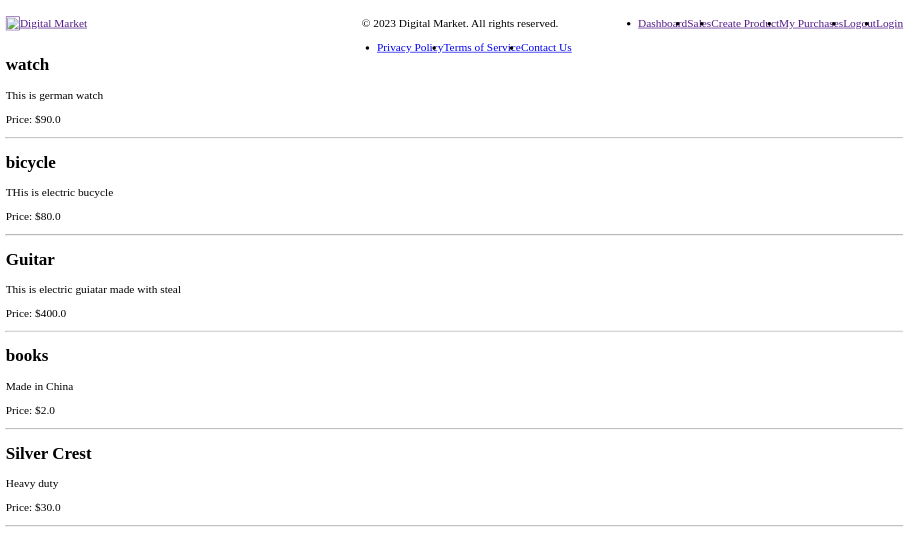
Repository: Zedestar/DigitalMarket_django
Page: http://localhost/
These files come from the project's save history. The page is drawn as it stood at one moment and after the next save; the edit follows.
The browser window is 1280 px wide. The page is 1288 px wide, so the pictures cover 1288 px, including what lies to the right of the window. The pictures show the whole page, at 71% of full size.
Pictures or frames that could not be fetched are drawn as grey boxes. The page is served by the project's application, run on Django 5.2 (manage.py). Style sheets and scripts are compiled from the project's sources, by tool versions that may differ from the author's. The page reads the database file committed with the project.

Above is the page before, as saved 2025-03-19 17:56:27.

After the next save:
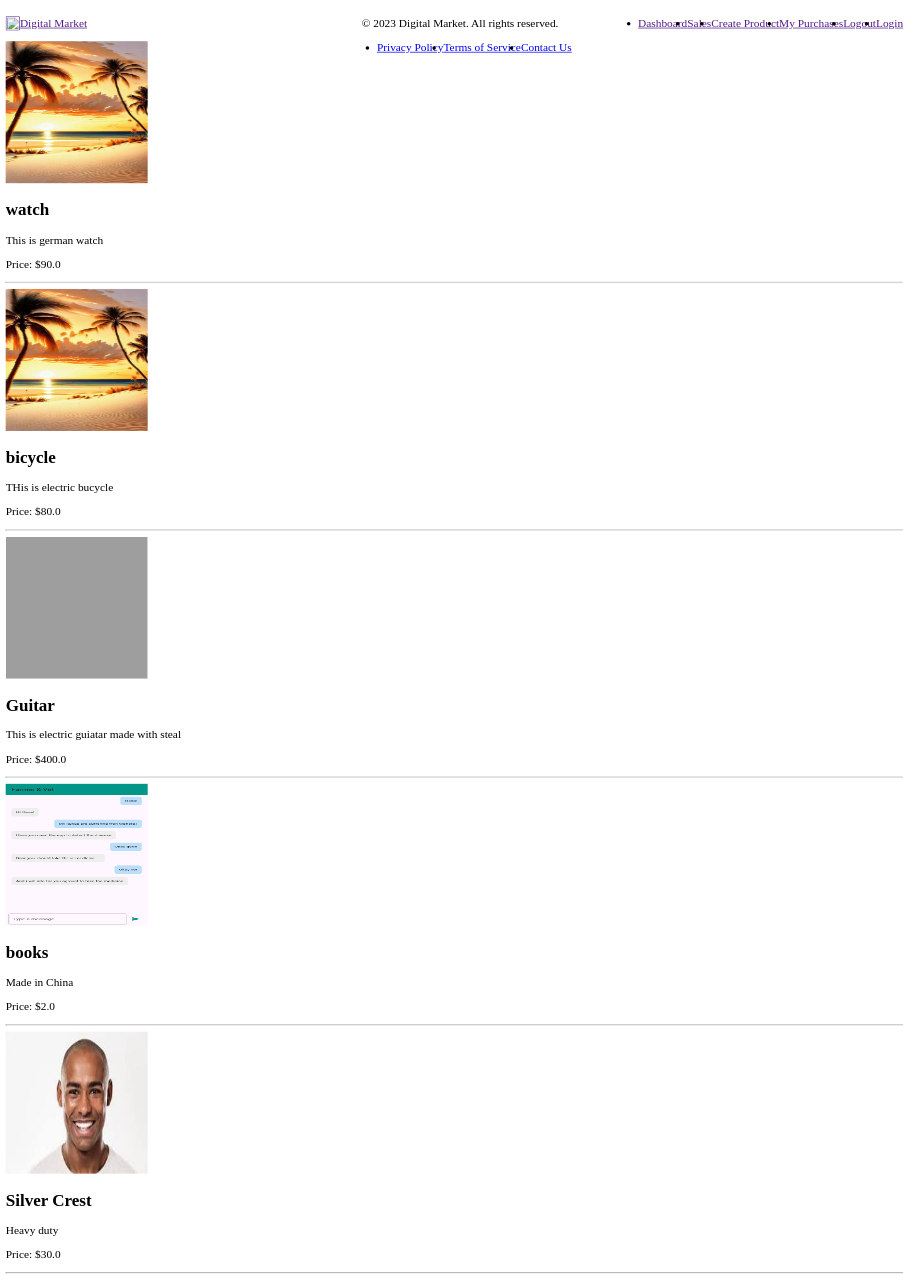
Saved 118 s later.
--- a/myapp/templates/myapp/index.html
+++ b/myapp/templates/myapp/index.html
@@ -3,6 +3,12 @@
     <div class="container mx-auto">
         {% for product in products %}
             <div>
+                <div>
+                    <img src="{{ product.photo }}"
+                         alt="{{ product.name }}"
+                         width="200px"
+                         height="200px">
+                </div>
                 <h2>{{ product.name }}</h2>
                 <p>{{ product.description }}</p>
                 <p>Price: ${{ product.price }}</p>
